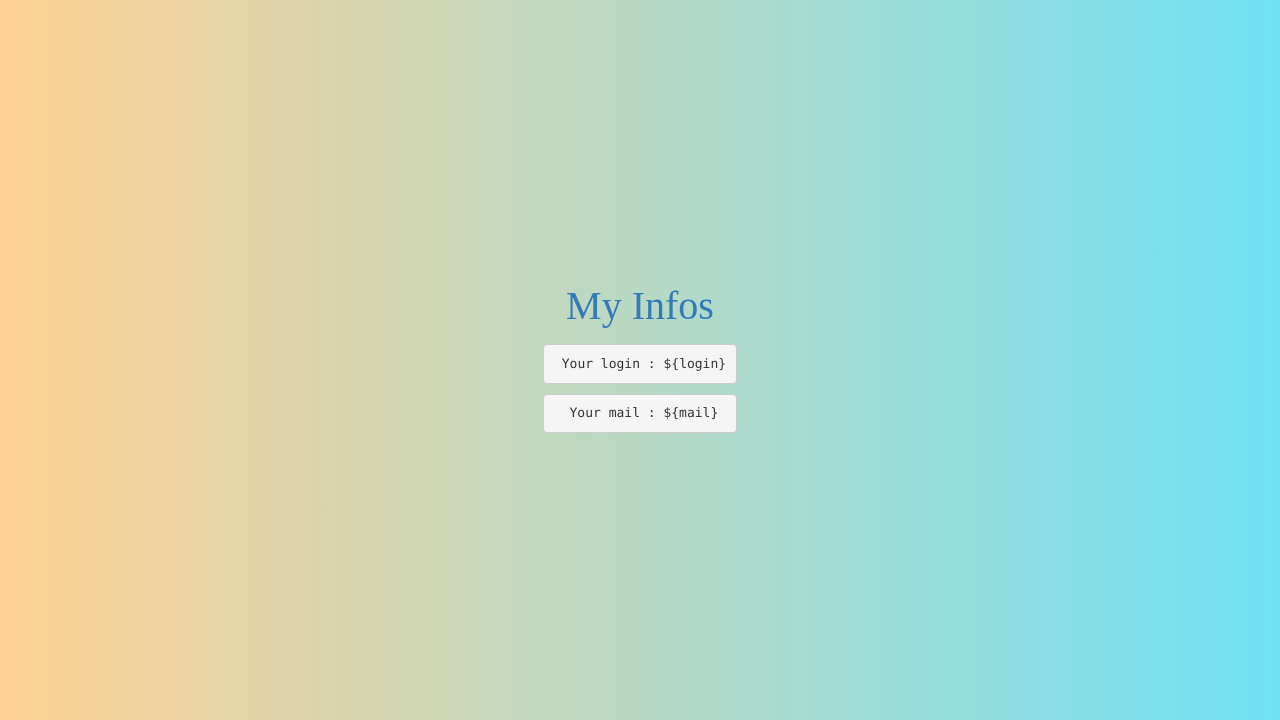
Repository: Bilal955/Dar_projet_framework
Page: projet_test/Ressources/profile.html
An editor plug-in stored every save of this project. The page is shown before and after the next save, followed by the edit.
The browser window is 1280 px wide. The pictures show the whole page.
Some web libraries are served in a nearby version.

Above is the page before, as saved 2017-03-17 15:44:45.

After the next save:
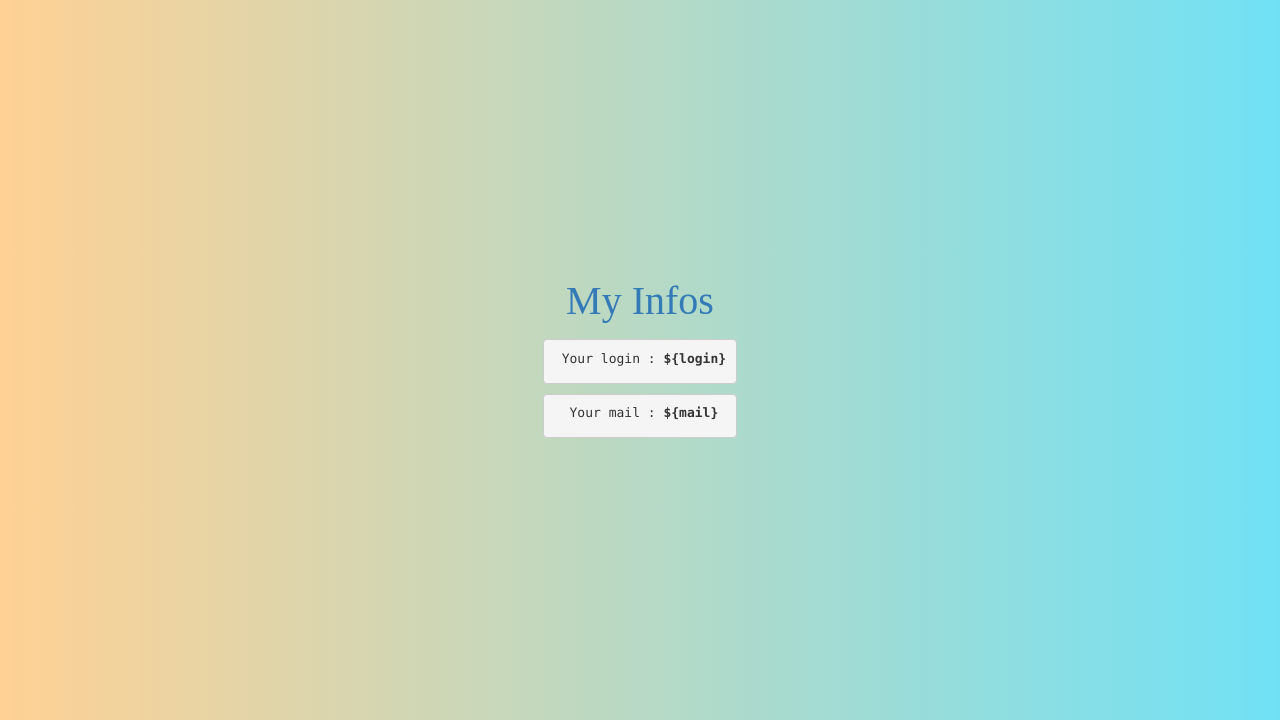
Saved 3 min 53 s later.
--- a/projet_test/Ressources/profile.html
+++ b/projet_test/Ressources/profile.html
@@ -42,7 +42,7 @@
 
 			<div class="row">
 				<div id="infos">
-					<pre> Your login : ${login}</pre><pre> Your mail : ${mail}</pre>
+					<pre> Your login : <label for="nom">${login}</label></pre><pre> Your mail : <label for="nom">${mail}</label></pre>
 				</div>
 			</div>
 		</div>
